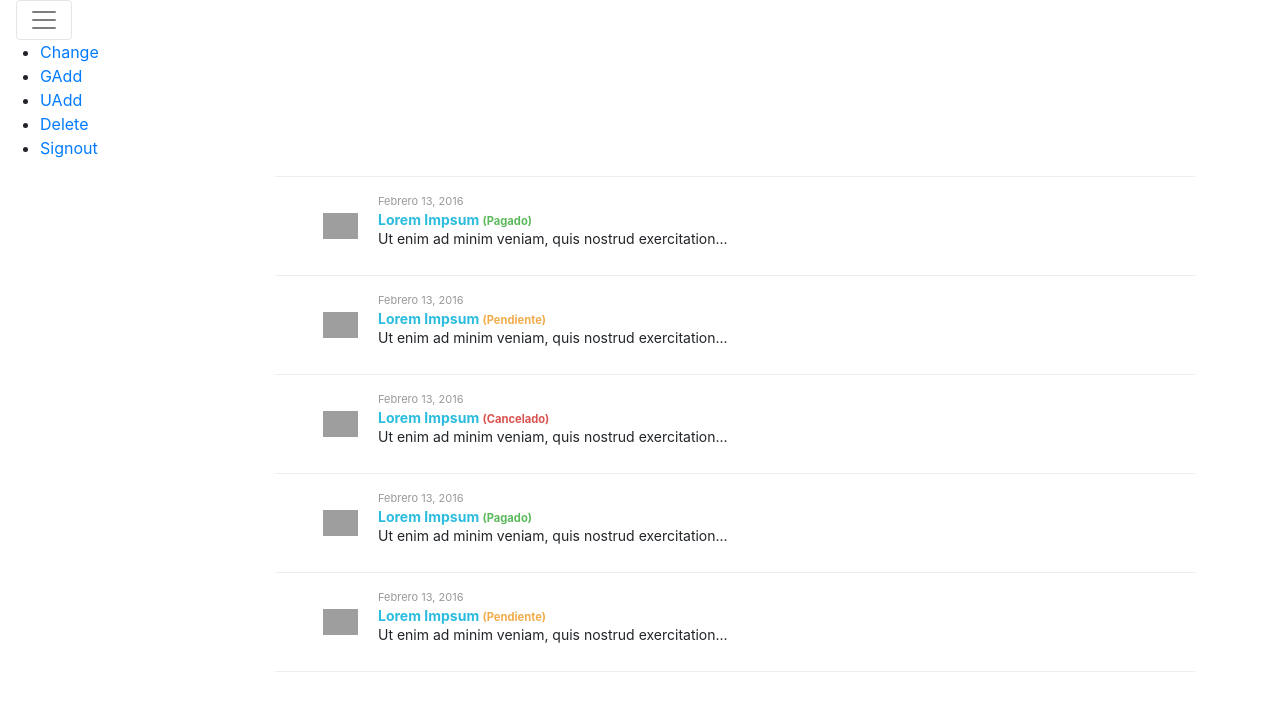
Repository: lukawitch/graduatedchat
Page: http://localhost/Graduated/WEB-INF/views/success.jsp
These files come from the project's save history. The page is drawn as it stood at one moment and after the next save; the edit follows.
The browser window is 1280 px wide. The pictures show the whole page.
Pictures or frames that could not be fetched are drawn as grey boxes. The page is served by Tomcat 9. Nobody is signed in. Other server files are loaded and not shown. The template is opened directly, without the code that normally fills it, so the values that code supplies are empty.

Above is the page before, as saved 2019-05-17 06:46:45.

### Graduated/src/main/webapp/WEB-INF/views/success.jsp
<%@ page language="java" contentType="text/html; charset=UTF-8"
    pageEncoding="UTF-8"%>
<!DOCTYPE html>
<html>
<head>
<!-- Required meta tags -->
    <meta charset="utf-8">

    <meta name="viewport" content="width=device-width, initial-scale=1, shrink-to-fit=no">

<link rel="stylesheet" href="/resources/group.css">
    <!-- Bootstrap CSS -->
    <link rel="stylesheet" href="https://stackpath.bootstrapcdn.com/bootstrap/4.3.1/css/bootstrap.min.css" integrity="sha384-ggOyR0iXCbMQv3Xipma34MD+dH/1fQ784/j6cY/iJTQUOhcWr7x9JvoRxT2MZw1T" crossorigin="anonymous">
<style>

</style>
<script>
function test(){
 var con = document.getElementsByName("chk");
for(var i=0;i<con.length;i++){
    if(con[i].style.display=='none'){
        con[i].style.display = 'block';
    }else{
        con[i].style.display = 'none';
    }
	}
}
function profile(aa){

 var con = document.getElementById(aa);
 con.style.display = 'block';

}

function prodel(aa){
 var con = document.getElementById(aa);
 con.style.display = 'none';
}
</script>
</head>
<body>
<%@include file="./sidebar.jsp" %>
<div class="container">
	<div class="row">
<div class="col-2"></div>
			<div class="col-10">


							<table class="table table-filter">
								<tbody>
									<tr>
										<td>
											<div name="chk" class="ckbox">
												<input type="checkbox" class="custom-control-input" id="checkbox1">
												<label for="checkbox1"></label>
											</div>
										</td>
										<td>
										<a href="#" class="pull-left">
													<img src="https://s3.amazonaws.com/uifaces/faces/twitter/fffabs/128.jpg" class="media-photo">
												</a>
										</td>
										<td>
											<div class="media">

												<div class="media-body">
													<span class="media-meta pull-right">Febrero 13, 2016</span>
													<h4 class="title">
														Lorem Impsum
														<span class="pull-right pagado">(Pagado)</span>
													</h4>
													<p class="summary">Ut enim ad minim veniam, quis nostrud exercitation...</p>
												</div>
											</div>
										</td>
									</tr>
									<tr data-status="pendiente">
										<td>
											<div name="chk" class="ckbox">
												<input type="checkbox" id="checkbox3">
												<label for="checkbox3"></label>
											</div>
										</td>
										<td>
										<a href="#" class="pull-left">
													<img src="https://s3.amazonaws.com/uifaces/faces/twitter/fffabs/128.jpg" class="media-photo">
												</a>
										</td>
										<td>
											<div class="media">

												<div class="media-body">
													<span class="media-meta pull-right">Febrero 13, 2016</span>
													<h4 class="title">
														Lorem Impsum
														<span class="pull-right pendiente">(Pendiente)</span>
													</h4>
													<p class="summary">Ut enim ad minim veniam, quis nostrud exercitation...</p>
												</div>
											</div>
										</td>
									</tr>
									<tr data-status="cancelado">
										<td>
											<div name="chk" class="ckbox">
												<input type="checkbox" id="checkbox2">
												<label for="checkbox2"></label>
											</div>
										</td>
										<td>
										<a href="#" class="pull-left">
													<img src="https://s3.amazonaws.com/uifaces/faces/twitter/fffabs/128.jpg" class="media-photo">
												</a>
										</td>
										<td>
											<div class="media">

												<div class="media-body">
													<span class="media-meta pull-right">Febrero 13, 2016</span>
													<h4 class="title">
														Lorem Impsum
														<span class="pull-right cancelado">(Cancelado)</span>
													</h4>
													<p class="summary">Ut enim ad minim veniam, quis nostrud exercitation...</p>
												</div>
											</div>
										</td>
									</tr>
									<tr data-status="pagado">
										<td>
											<div name="chk" class="ckbox">
												<input type="checkbox" id="checkbox4">
												<label for="checkbox4"></label>
											</div>
										</td>
										<td>
										<a href="#" class="pull-left">
													<img src="https://s3.amazonaws.com/uifaces/faces/twitter/fffabs/128.jpg" class="media-photo">
												</a>
										</td>
										<td>
											<div class="media">

												<div class="media-body">
													<span class="media-meta pull-right">Febrero 13, 2016</span>
													<h4 class="title">
														Lorem Impsum
														<span class="pull-right pagado">(Pagado)</span>
													</h4>
													<p class="summary">Ut enim ad minim veniam, quis nostrud exercitation...</p>
												</div>
											</div>
										</td>
									</tr>
									<tr data-status="pendiente">
										<td>
											<div name="chk" class="ckbox">
												<input type="checkbox" id="checkbox5">
												<label for="checkbox5"></label>
											</div>
										</td>
										<td>
										<a href="#" class="pull-left">
													<img src="https://s3.amazonaws.com/uifaces/faces/twitter/fffabs/128.jpg" class="media-photo">
												</a>
										</td>
										<td>
											<div class="media">

												<div class="media-body">
													<span class="media-meta pull-right">Febrero 13, 2016</span>
													<h4 class="title">
														Lorem Impsum
														<span class="pull-right pendiente">(Pendiente)</span>
													</h4>
													<p class="summary">Ut enim ad minim veniam, quis nostrud exercitation...</p>
												</div>
											</div>
										</td>
									</tr>
								</tbody>
							</table>

					</div>
				</div>

			</div>

			<div class="container profile" id='pro'>
	<div class="row">
		<div class="col-lg-4 col-sm-6"></div>
		<div class="col-lg-4 col-sm-6">

            <div class="card hovercard">
                <div class="cardheader">
				<div class="exit" id="prodel" onclick="prodel('pro')">X</div>
                </div>
                <div class="avatar">

                    <img alt="" src="http://lorempixel.com/100/100/people/9/">
                </div>
                <div class="info">
                    <div class="title">
                        <a target="_blank" href="https://scripteden.com/">Script Eden</a>
                    </div>
                    <div class="desc">Passionate designer</div>
                    <div class="desc">Curious developer</div>
                    <div class="desc">Tech geek</div>
                </div>
                <div class="bottom">

                    <a class="btnround btn btn-warning btn-sm" rel="publisher" href="./profile.html">
                        <i class="fa fa-behance"></i>
                    </a>
					<br>
					 <div class="desc">profile edit</div>
					 <br>
                </div>
            </div>

        </div>

	</div>
</div>


<div class="container profile " id="addmem" >
	<div class="row">
	<div class="col-sm-3"></div>
        <div class="col-sm-6 addmember">
            <form class="text-center">
			<h2>추가할사람의 코드를 입력해주세요</h2>
			<input class="form-control form-control-lg" type="text" placeholder="코드를 입력해주세요">
			<br>
			 <button type="submit" class="btn btn-primary">추가</button>
			 <button type="submit" class="btn btn-primary"  onclick="prodel('addmem')">취소</button>
			</form>
        </div>
	</div>
</div>
  <!-- Optional JavaScript -->
    <!-- jQuery first, then Popper.js, then Bootstrap JS -->
    <script src="https://code.jquery.com/jquery-3.3.1.slim.min.js" integrity="sha384-q8i/X+965DzO0rT7abK41JStQIAqVgRVzpbzo5smXKp4YfRvH+8abtTE1Pi6jizo" crossorigin="anonymous"></script>
    <script src="https://cdnjs.cloudflare.com/ajax/libs/popper.js/1.14.7/umd/popper.min.js" integrity="sha384-UO2eT0CpHqdSJQ6hJty5KVphtPhzWj9WO1clHTMGa3JDZwrnQq4sF86dIHNDz0W1" crossorigin="anonymous"></script>
    <script src="https://stackpath.bootstrapcdn.com/bootstrap/4.3.1/js/bootstrap.min.js" integrity="sha384-JjSmVgyd0p3pXB1rRibZUAYoIIy6OrQ6VrjIEaFf/nJGzIxFDsf4x0xIM+B07jRM" crossorigin="anonymous"></script>

</body>
</body>
</html>

### Graduated/src/main/webapp/WEB-INF/views/sidebar.jsp
<%@ page language="java" contentType="text/html; charset=UTF-8"
    pageEncoding="UTF-8"%>
<!DOCTYPE html>
  <header class="header">
          <nav class="navbar navbar-toggleable-md navbar-light pt-0 pb-0 ">
            <button class="navbar-toggler navbar-toggler-right" type="button" data-toggle="collapse" data-target="#navbarNavDropdown" aria-controls="navbarNavDropdown" aria-expanded="false" aria-label="Toggle navigation">
            <span class="navbar-toggler-icon"></span>
            </button>
            <a class="navbar-brand p-0 mr-5" href="#" style="visibility:hidden "><img src="http://via.placeholder.com/61x14"></a>
            <div class="float-left"> <a href="#" class="button-left"><span class="fa fa-fw fa-bars " style="visibility:hidden "></span></a> </div>
            <div class="collapse navbar-collapse flex-row-reverse" id="navbarNavDropdown">
              <ul class="navbar-nav">
                <li class="nav-item dropdown messages-menu">
                  <a class="nav-link dropdown-toggle" href="http://example.com" id="navbarDropdownMenuLink" data-toggle="dropdown" aria-haspopup="true" aria-expanded="false">
                    <i class="fa fa-bell-o"></i>
                    <span class="label label-success bg-success">10</span>
                  </a>
                  <div class="dropdown-menu" aria-labelledby="navbarDropdownMenuLink">
                    <ul class="dropdown-menu-over list-unstyled">
                      <li class="header-ul text-center">You have 4 messages</li>
                      <li>
                        <!-- inner menu: contains the actual data -->
                        <ul class="menu list-unstyled">
                          <li><!-- start message -->
                          <a href="#">
                            <div class="pull-left">
                              <img src="http://via.placeholder.com/160x160" class="rounded-circle  " alt="User Image">
                            </div>
                            <h4>
                            Support Team
                            <small><i class="fa fa-clock-o"></i> 5 mins</small>
                            </h4>
                            <p>Why not buy a new awesome theme?</p>
                          </a>
                        </li>
                        <!-- end message -->
                        <li>
                          <a href="#">
                            <div class="pull-left">
                              <img src="http://via.placeholder.com/160x160" class="rounded-circle " alt="User Image">
                            </div>
                            <h4>
                            AdminLTE Design Team
                            <small><i class="fa fa-clock-o"></i> 2 hours</small>
                            </h4>
                            <p>Why not buy a new awesome theme?</p>
                          </a>
                        </li>
                        <li>
                          <a href="#">
                            <div class="pull-left">
                              <img src="http://via.placeholder.com/160x160" class="rounded-circle " alt="User Image">
                            </div>
                            <h4>
                            Developers
                            <small><i class="fa fa-clock-o"></i> Today</small>
                            </h4>
                            <p>Why not buy a new awesome theme?</p>
                          </a>
                        </li>
                        <li>
                          <a href="#">
                            <div class="pull-left">
                              <img src="http://via.placeholder.com/160x160" class="rounded-circle " alt="User Image">
                            </div>
                            <h4>
                            Sales Department
                            <small><i class="fa fa-clock-o"></i> Yesterday</small>
                            </h4>
                            <p>Why not buy a new awesome theme?</p>
                          </a>
                        </li>
                        <li>
                          <a href="#">
                            <div class="pull-left">
                              <img src="http://via.placeholder.com/160x160" class="rounded-circle " alt="User Image">
                            </div>
                            <h4>
                            Reviewers
                            <small><i class="fa fa-clock-o"></i> 2 days</small>
                            </h4>
                            <p>Why not buy a new awesome theme?</p>
                          </a>
                        </li>
                      </ul>
                    </li>
                    <li class="footer-ul text-center"><a href="#">See All Messages</a></li>
                  </ul>
                </div>
              </li>
              <li class="nav-item dropdown notifications-menu">
                <a class="nav-link dropdown-toggle" href="http://example.com" id="navbarDropdownMenuLink" data-toggle="dropdown" aria-haspopup="true" aria-expanded="false">
                  <i class="fa fa-envelope-o"></i>
                  <span class="label label-warning bg-warning">10</span>
                </a>
                <div class="dropdown-menu" aria-labelledby="navbarDropdownMenuLink">
                  <ul class="dropdown-menu-over list-unstyled">
                    <li class="header-ul text-center">You have 10 notifications</li>
                    <li>
                      <!-- inner menu: contains the actual data -->
                      <ul class="menu list-unstyled">
                        <li>
                          <a href="#">
                            <i class="fa fa-users text-aqua"></i> 5 new members joined today
                          </a>
                        </li>
                        <li>
                          <a href="#">
                            <i class="fa fa-warning text-yellow"></i> Very long description here that may not fit into the
                            page and may cause design problems
                          </a>
                        </li>
                        <li>
                          <a href="#">
                            <i class="fa fa-users text-red"></i> 5 new members joined
                          </a>
                        </li>
                        <li>
                          <a href="#">
                            <i class="fa fa-shopping-cart text-green"></i> 25 sales made
                          </a>
                        </li>
                        <li>
                          <a href="#">
                            <i class="fa fa-user text-red"></i> You changed your username
                          </a>
                        </li>
                      </ul>
                    </li>
                    <li class="footer-ul text-center"><a href="#">View all</a></li>
                  </ul>
                </div>
              </li>

              <li class="nav-item dropdown  user-menu">
                <a class="nav-link dropdown-toggle" href="http://example.com" id="navbarDropdownMenuLink" data-toggle="dropdown" aria-haspopup="true" aria-expanded="false">
                  <img src="http://via.placeholder.com/160x160" class="user-image" alt="User Image" >
                  <span class="hidden-xs">${name}</span>
                </a>
                <div class="dropdown-menu" aria-labelledby="navbarDropdownMenuLink">
                  <a class="dropdown-item" href="#">Action</a>
                  <a class="dropdown-item" href="#">Another action</a>
                  <a class="dropdown-item" href="#">Something else here</a>
                </div>
              </li>
            </ul>
          </div>
        </nav>
      </header>
      <div class="main">
        <aside>
          <div class="sidebar left ">

            <ul class="list-sidebar bg-defoult">
              <li> <a href="#" class="collapsed active" > <i class="fa fa-users fa-3x"></i> <span class="nav-label">Change</span> </a></li>
            <li> <a href="#"><i class="fa fa-plus fa-3x"></i> <span class="nav-label">GAdd</span></a> </li>
            <li> <a href="#" class="collapsed active" > <i class="fa fa-user-plus fa-3x"></i> <span class="nav-label">UAdd</span>  </a></li>
          <li> <a href="#"><i class="fa fa-user-times fa-3x"></i> <span class="nav-label">Delete</span></a> </li>
          <li> <a href="#" class="collapsed active" ><i class="fa fa-sign-out fa-3x"></i> <span class="nav-label">Signout</span></a></li>


    </ul>
    </div>
    </aside>
    </div>

Loaded but not shown: Graduated/src/main/webapp/resources/sidebar.css (library); Graduated/src/main/webapp/resources/group.css (420 lines, source omitted)

After the next save:
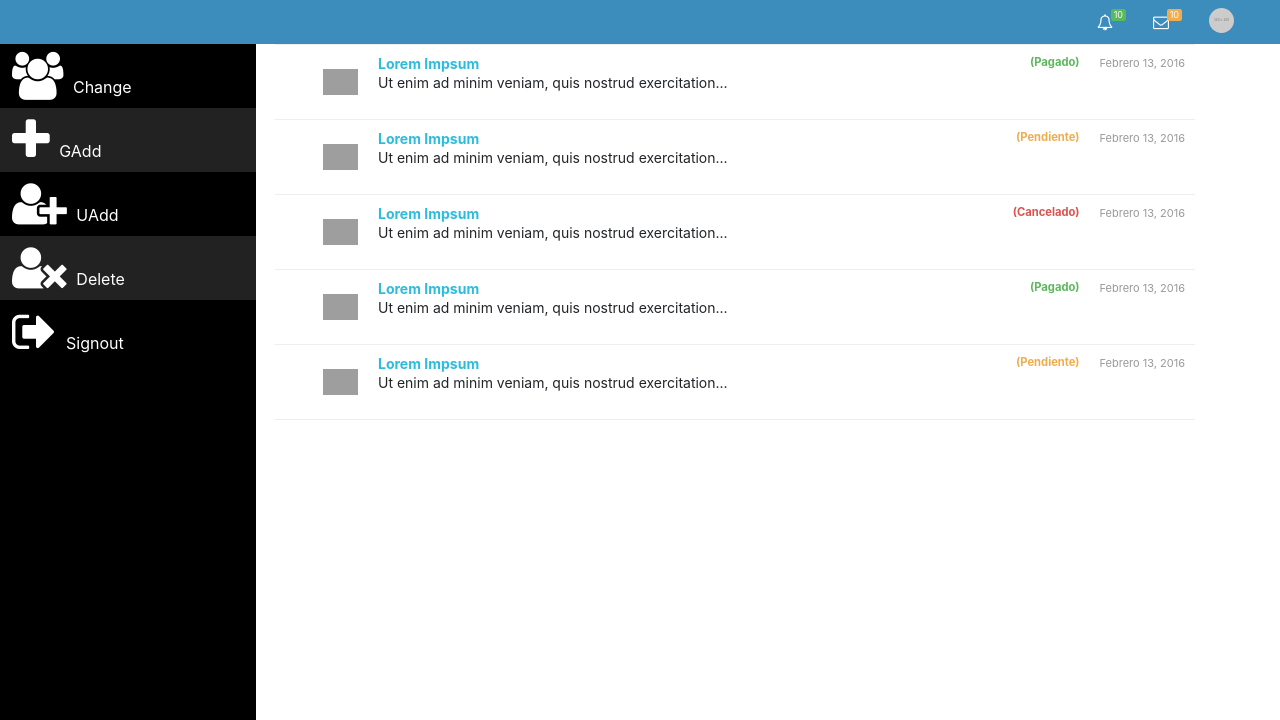
Saved 5 s later.
--- a/Graduated/src/main/webapp/WEB-INF/views/sidebar.jsp
+++ b/Graduated/src/main/webapp/WEB-INF/views/sidebar.jsp
@@ -1,6 +1,7 @@
 <%@ page language="java" contentType="text/html; charset=UTF-8"
     pageEncoding="UTF-8"%>
 <!DOCTYPE html>
+<link rel="stylesheet" href="/resources/sidebar.css">
   <header class="header">
           <nav class="navbar navbar-toggleable-md navbar-light pt-0 pb-0 ">
             <button class="navbar-toggler navbar-toggler-right" type="button" data-toggle="collapse" data-target="#navbarNavDropdown" aria-controls="navbarNavDropdown" aria-expanded="false" aria-label="Toggle navigation">
